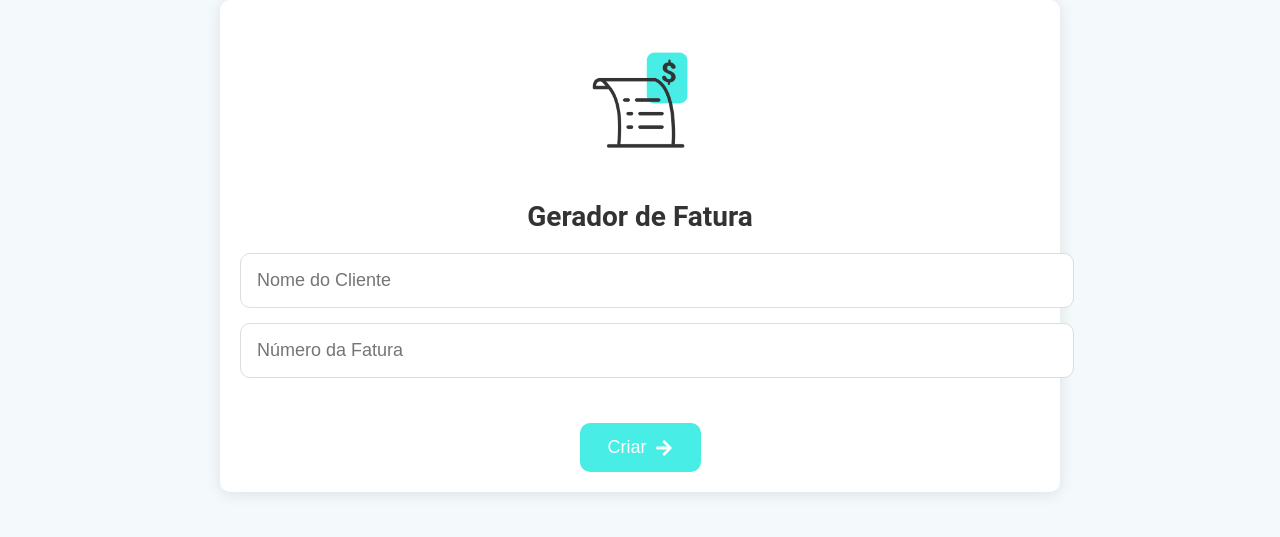
Repository: devthmedu/Invoice-Generator
Page: /
An editor plug-in stored every save of this project. The page is shown before and after the next save, followed by the edit.
The browser window is 1280 px wide. The pictures show the whole page.
The project was rebuilt for these pictures with package versions that can differ from the ones it lists, and the page was loaded fresh each time. Also part of the build but not shown: vite.config.js, src/Componete/Template.jsx.

Above is the page before, as saved 2024-07-16 19:31:31.

After the next save:
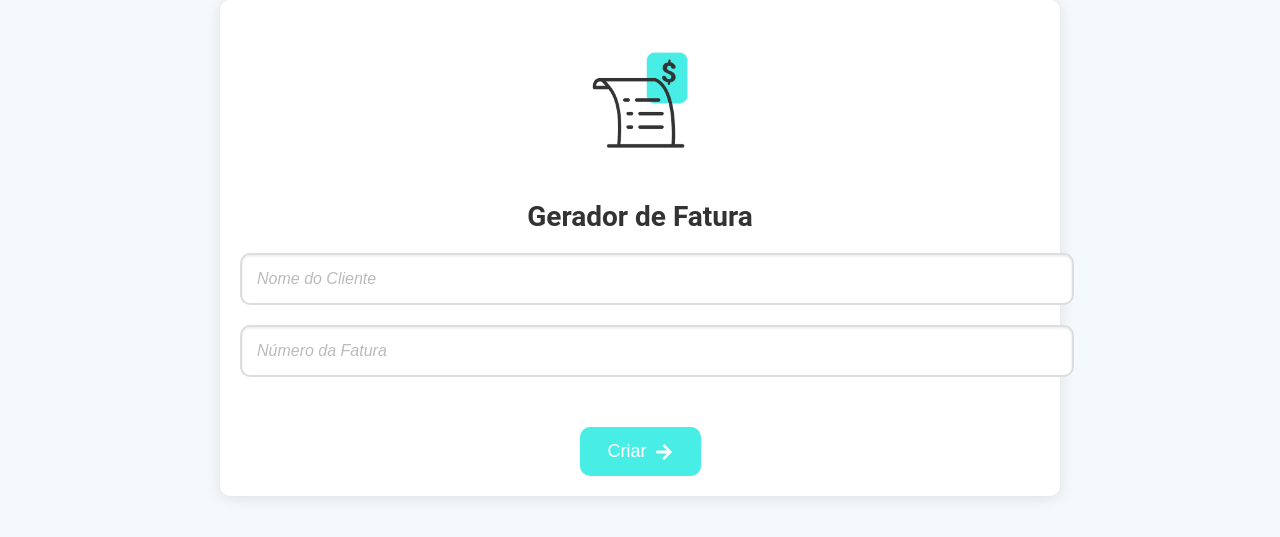
Saved 65 s later.
--- a/src/App.css
+++ b/src/App.css
@@ -89,3 +89,24 @@ body {
 .submit-button svg {
   margin-left: 8px; /* Space between text and icon */
 }
+.input-field {
+  padding: 15px; /* Comfortable padding */
+  border: 2px solid #ddd; /* Slightly thicker border */
+  border-radius: 10px; /* Rounded corners */
+  font-size: 16px; /* Appropriate font size */
+  width: 100%; /* Full width */
+  box-shadow: inset 0 1px 3px rgba(0, 0, 0, 0.1); /* Soft inner shadow */
+  transition: border-color 0.3s, box-shadow 0.3s; /* Smooth transitions */
+  margin-bottom: 20px; /* Space between inputs */
+}
+
+.input-field:focus {
+  border-color: #48ede5; /* Highlight border color */
+  outline: none; /* Remove default outline */
+  box-shadow: 0 0 5px rgba(72, 237, 229, 0.5); /* Subtle glow effect */
+}
+
+.input-field::placeholder {
+  color: #bbb; /* Light gray placeholder */
+  font-style: italic; /* Italic for a modern touch */
+}
